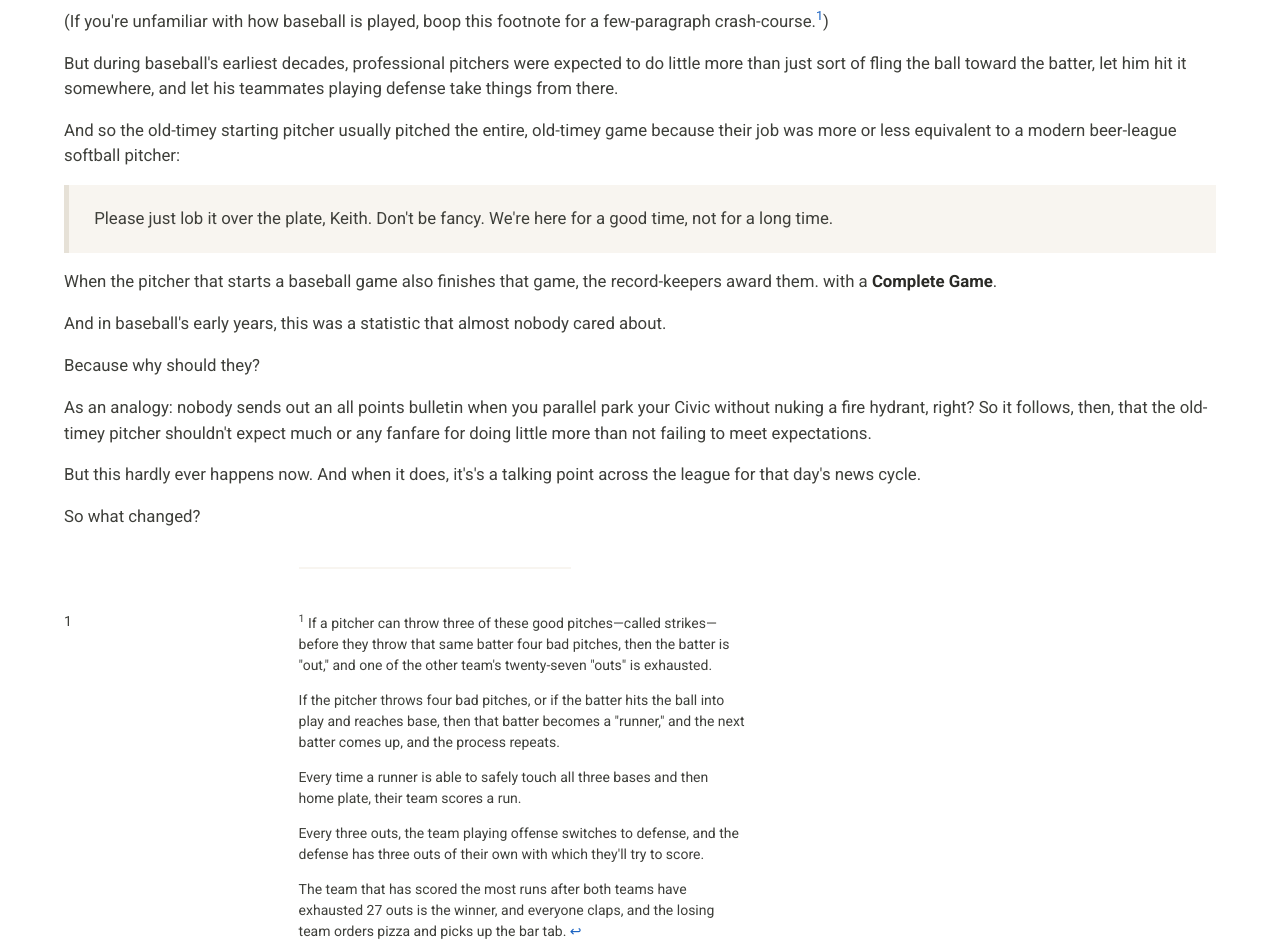
Repository: obverter/complete-games-are-done
Page: index.html
An editor plug-in stored every save of this project. The page is shown before and after the next save, followed by the edit.
The browser window is 1280 px wide. The pictures show the part of the page from y = 213 to 1165 px (the page is 1165 px tall).

Above is the page before, as saved 2022-06-25 08:08:37.

After the next save:
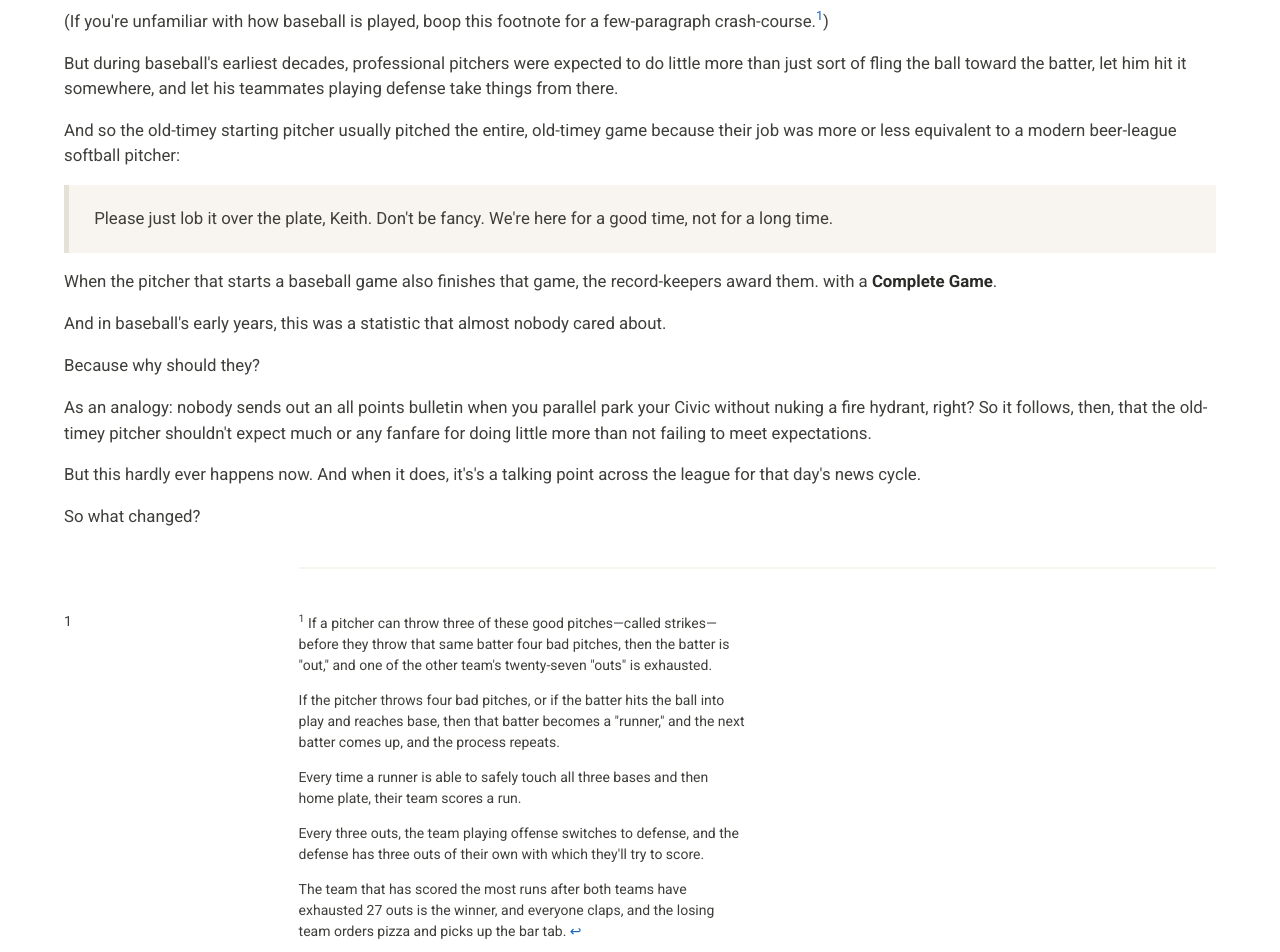
Saved 14 s later.
--- a/index.html
+++ b/index.html
@@ -74,7 +74,7 @@
                 <!-- todo: FOOTNOTES -->
                 <div class="columns">
                     <div class="column is-one-fifth"></div>
-                    <div class="column is-one-quarter">
+                    <div class="column is-one-half">
                         <hr />
                     </div>
                 </div>
